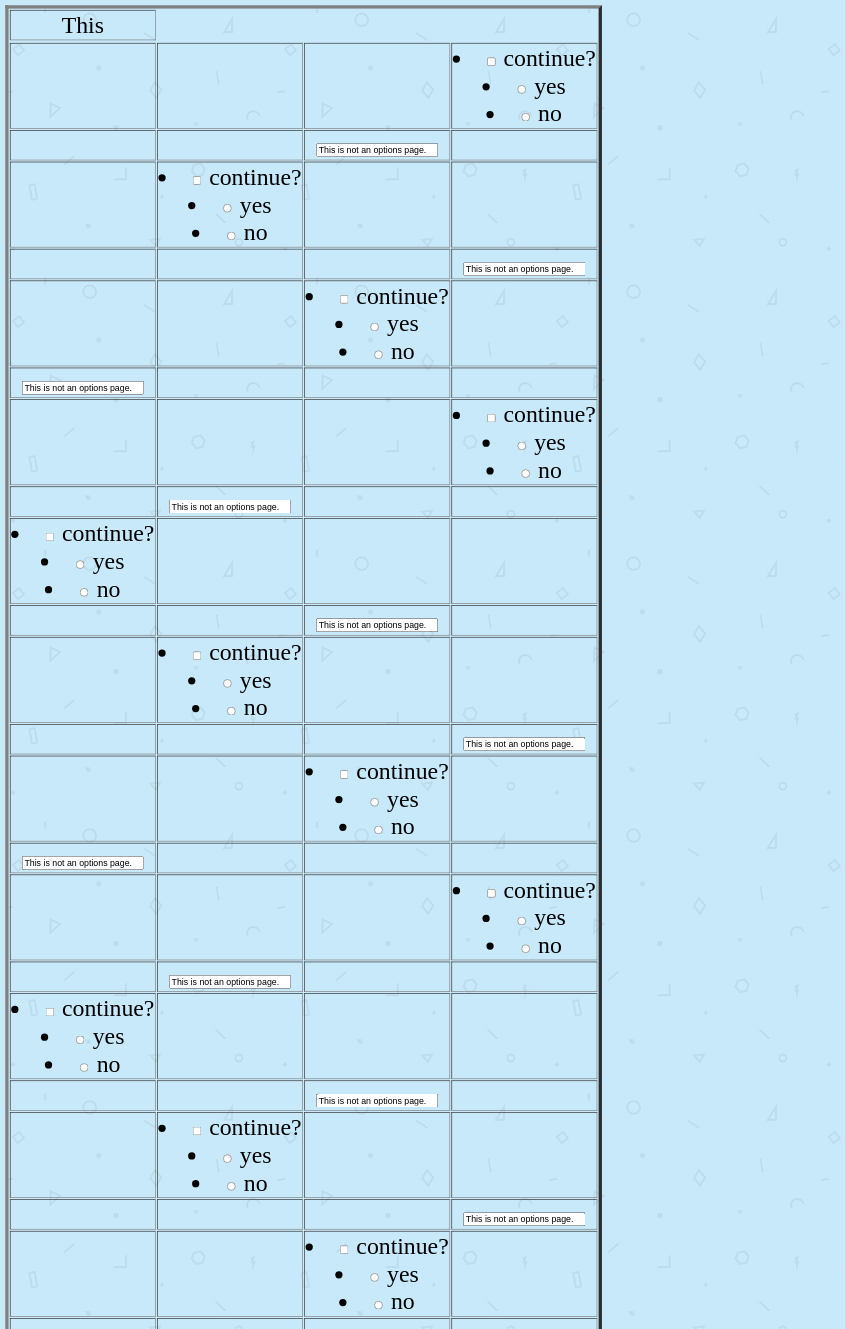
Repository: yiy225/yiy225.github.io
Page: page 3.html
The author's editor kept a record of every edit. The page is drawn from the files as they stood at one moment, then again after the next edit.
The browser window is 1280 px wide. The pictures show the whole page, at 66% of full size.

Above is the page before.

After the next edit:
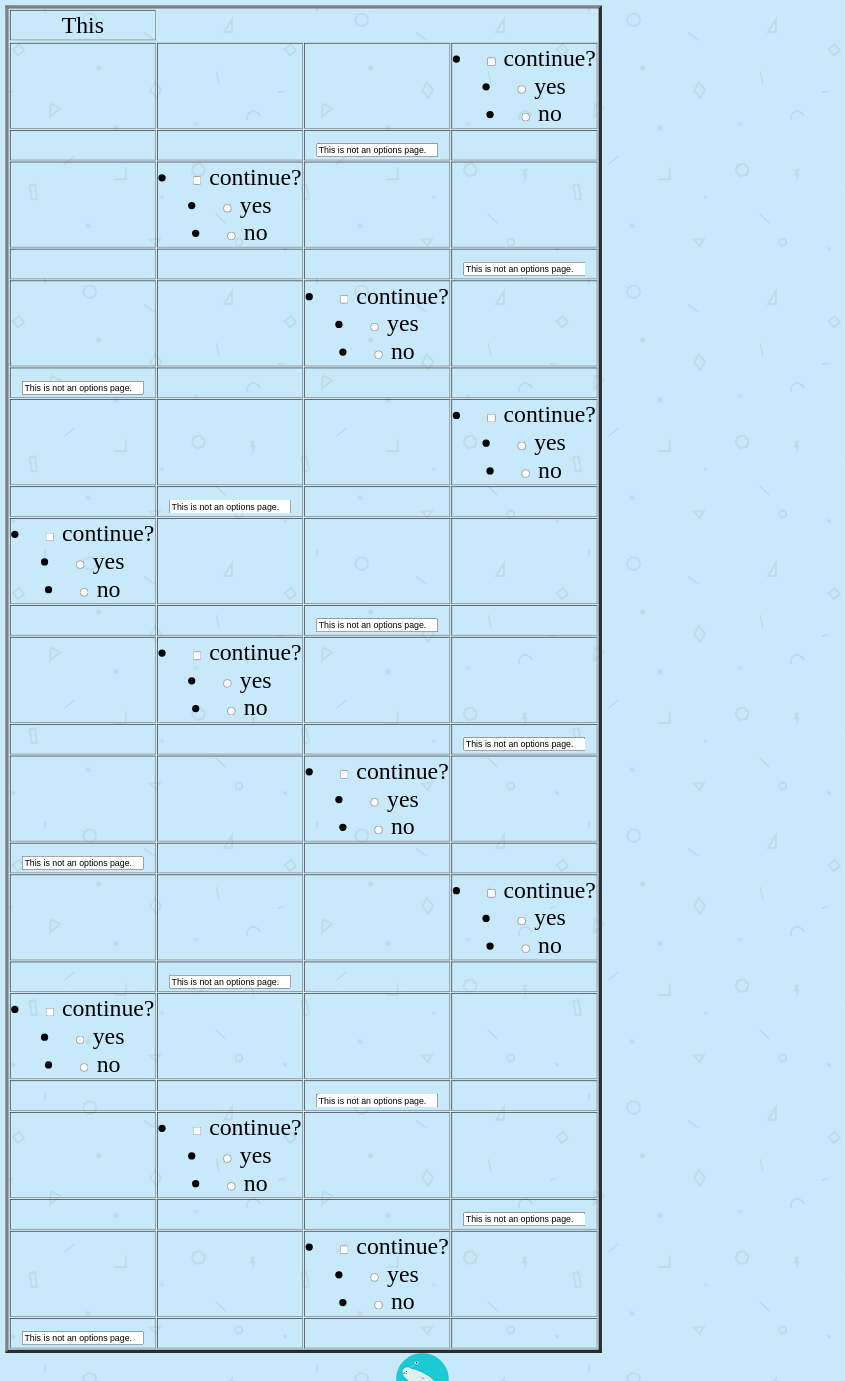
The edit:
--- a/styles 3.css
+++ b/styles 3.css
@@ -13,15 +13,7 @@
     bottom: 200px;
     right: 250px;
 }
-    overflow-x: scroll;
-    overflow-y: hidden；
-    position: relative;
-    text-align:center;
-    margin-left:auto;
-    margin-right:auto;
 
-
-}
 
 
 .seal {
